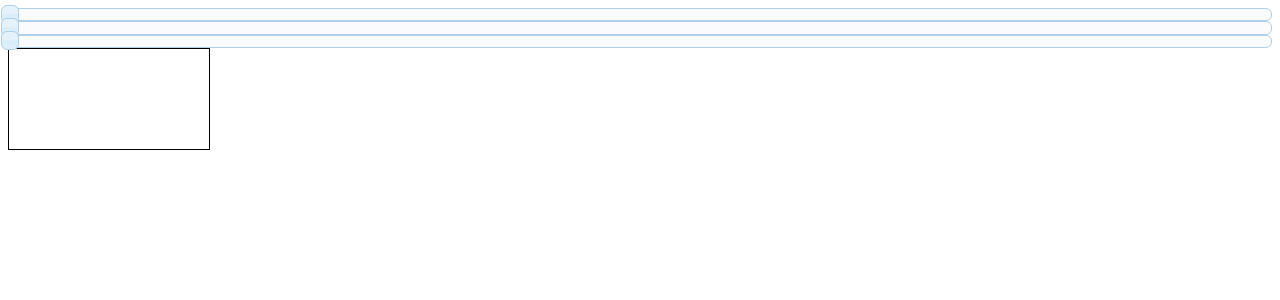
Repository: popconnect/jQuery
Page: http://localhost/jQueryUiEx02/ColorPicker.jsp
An editor plug-in stored every save of this project. The page is shown before and after the next save, followed by the edit.
The browser window is 1280 px wide. The pictures show the whole page.
The page is served by Tomcat 9.

Above is the page before, as saved 2023-05-17 02:51:11.

### jQueryUiEx02/src/main/webapp/ColorPicker.jsp
<%@ page language="java" contentType="text/html; charset=UTF-8"
    pageEncoding="UTF-8"%>
<!DOCTYPE html>
<html>
<head>
<meta charset="UTF-8">
<title>Insert title here</title>
<link rel="stylesheet" href="./css/cupertino/jquery-ui.css" />
<style type="text/css">
body {
	font-size: 80%;
}
#rgbbox {
  width: 200px;
  height: 100px;
  border: 1px solid black;
}
</style>
<script type="text/javascript" src="./js/jquery-3.7.0.js"></script>
<script type="text/javascript" src="./js/jquery-ui.js"></script>
<script type="text/javascript">
	$(document).ready(function() {
		$('#R').slider({
			width: 200,
		    value: 0,
		    min: 0,
		    max: 255,
		    step: 1,
		    slide: function(event, ui) {
		        var rgbValue = $('#rgbbox').css('background-color');
		        var rgbArray = rgbValue.match(/\d+/g);

		        var r = ui.value;
		        var g = parseInt(rgbArray[1]);
		        var b = parseInt(rgbArray[2]);
		        $('#rgbbox').css('background-color', 'rgb(' + r + ', ' + g + ', ' + b + ')');
		    }
		});
		$('#G').slider({
			width: 200,
		    value: 0,
		    min: 0,
		    max: 255,
		    step: 1,
		    slide: function(event, ui) {
		        var rgbValue = $('#rgbbox').css('background-color');
		        var rgbArray = rgbValue.match(/\d+/g);

		        var r = parseInt(rgbArray[0]);
		        var g = ui.value;
		        var b = parseInt(rgbArray[2]);
		        $('#rgbbox').css('background-color', 'rgb(' + r + ', ' + g + ', ' + b + ')');
		    }
		});
		$('#B').slider({
			width: 200,
		    value: 0,
		    min: 0,
		    max: 255,
		    step: 1,
		    slide: function(event, ui) {
		        var rgbValue = $('#rgbbox').css('background-color');
		        var rgbArray = rgbValue.match(/\d+/g);

		        var r = parseInt(rgbArray[0]);
		        var g = parseInt(rgbArray[1]);
		        var b = ui.value;
		        $('#rgbbox').css('background-color', 'rgb(' + r + ', ' + g + ', ' + b + ')');
		    }
		});
	});
</script>
</head>
<body>
<div id="R"></div>
<div id="G"></div>
<div id="B"></div>
<div id="rgbbox"></div>
</body>
</html>

Loaded but not shown: jQueryUiEx02/src/main/webapp/css/cupertino/jquery-ui.css (library); jQueryUiEx02/src/main/webapp/js/jquery-3.7.0.js (library); jQueryUiEx02/src/main/webapp/js/jquery-ui.js (library)

After the next save:
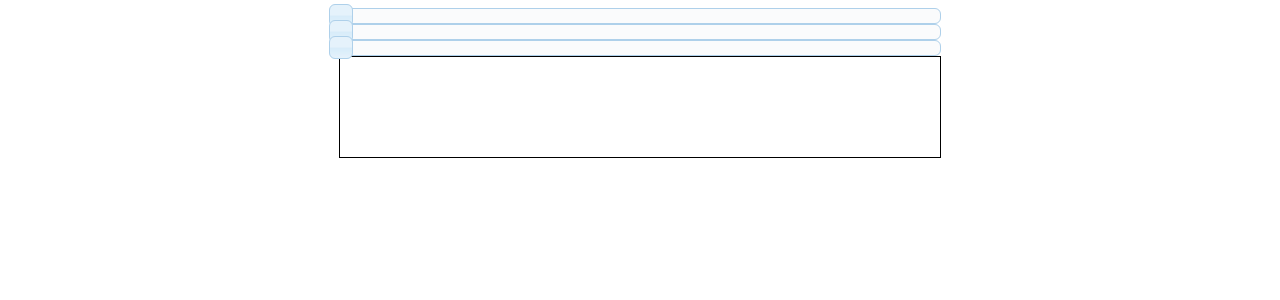
Saved 97 s later.
--- a/jQueryUiEx02/src/main/webapp/ColorPicker.jsp
+++ b/jQueryUiEx02/src/main/webapp/ColorPicker.jsp
@@ -7,13 +7,16 @@
 <title>Insert title here</title>
 <link rel="stylesheet" href="./css/cupertino/jquery-ui.css" />
 <style type="text/css">
-body {
-	font-size: 80%;
+#R, #G, #B {
+  width: 600px; /* 슬라이더의 x축 크기 설정 */
+  margin: 0 auto; /* 화면 가운데 정렬 */
 }
+
 #rgbbox {
-  width: 200px;
+  width: 600px; /* RGB 박스의 x축 크기 설정 */
   height: 100px;
   border: 1px solid black;
+  margin: 0 auto; /* 화면 가운데 정렬 */
 }
 </style>
 <script type="text/javascript" src="./js/jquery-3.7.0.js"></script>
